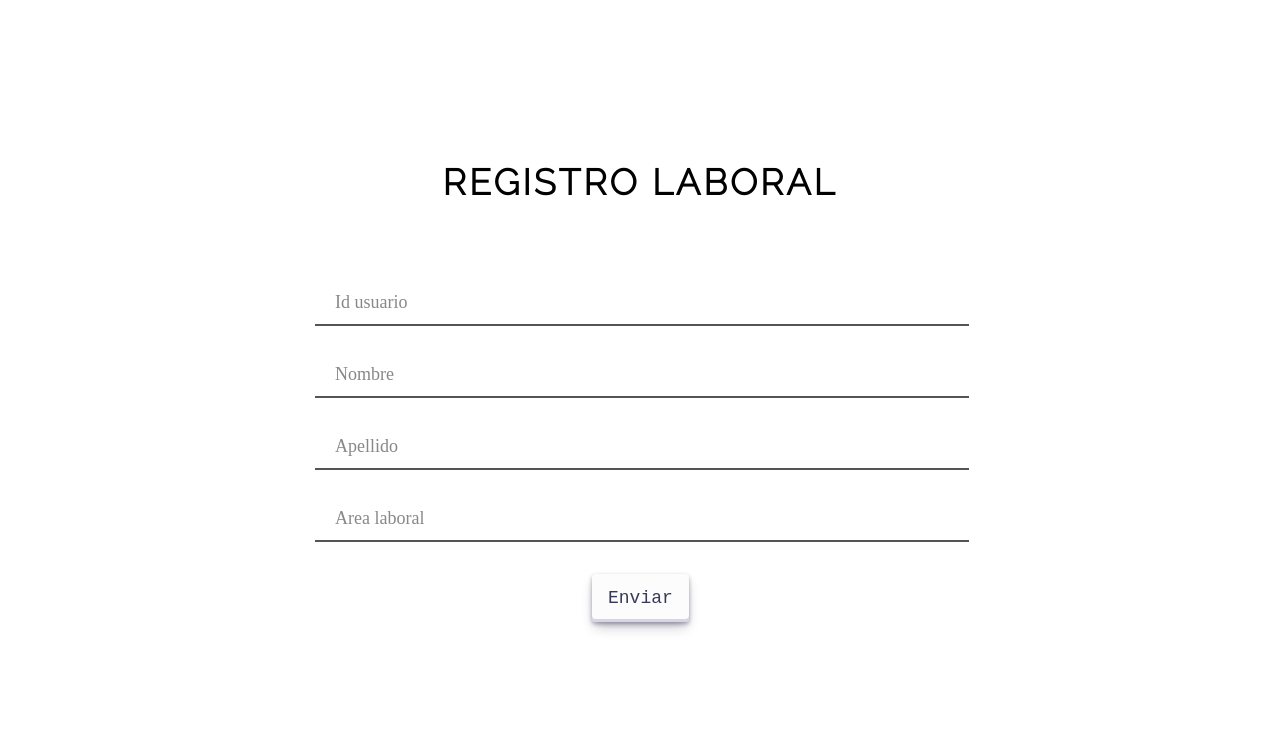
Repository: Alejandr0Aceved0/AWS_SERVICES_AND_INSTANCES
Page: register.html
These files come from the project's save history. The page is drawn as it stood at one moment and after the next save; the edit follows.
The browser window is 1280 px wide. The pictures show the whole page.
Some web fonts or font styles are not loaded; a fallback is used.

Above is the page before, as saved 2024-10-17 16:34:59.

### register.html
<!DOCTYPE html>
<html>

<head>
    <meta charset='utf-8'>
    <meta http-equiv='X-UA-Compatible' content='IE=edge'>
    <title>Register Page</title>
    <meta name='viewport' content='width=device-width, initial-scale=1'>
    <link rel='stylesheet' type='text/css' media='screen' href='styles/appRegister.css'>
    <script src='appRegister.js'></script>
</head>

<body>

    <section class="get-in-touch">
        <h1 class="title">Registro Laboral</h1>
        <form class="contact-form ">
           <div class="form-field col x-50">
              <input id="name" class="input-text js-input" type="text" required>
              <label class="label" for="name">Id usuario</label>
           </div>
           <div class="form-field col x-50">
              <input id="email" class="input-text js-input" type="email" required>
              <label class="label" for="email">Nombre</label>
           </div>
           <div class="form-field col x-100">
              <input id="message" class="input-text js-input" type="text" required>
              <label class="label" for="message">Apellido</label>
           </div>

           <div class="form-field col x-100">
            <input id="message" class="input-text js-input" type="text" required>
            <label class="label" for="message">Area laboral</label>
           </div>

           <div class="form-field col x-100 align-center">
            <button class="button-30" type="submit" role="button">Enviar</button>
           </div>
        </form>
     </section>



    <!-- <div class="form-field col x-50">
        <input id="name" class="input-text js-input" type="text" required>
        <label class="label" for="name">Name</label>
     </div>

    <p>
    <h1>Registro de usuario</h1>

    <input type="text" placeholder="Id usuario" class="form-input-text__FormInput-sc-xxedi2-0 form-input-text___StyledFormInput-sc-xxedi2-1 dzARff ldZduL">
    <br>

    <input type="text" placeholder="Nombre" class="form-input-text__FormInput-sc-xxedi2-0 form-input-text___StyledFormInput-sc-xxedi2-1 dzARff ldZduL">
    <br>

    <input type="text" placeholder="Apellido" class="form-input-text__FormInput-sc-xxedi2-0 form-input-text___StyledFormInput-sc-xxedi2-1 dzARff ldZduL">
    <br>

    <input type="text" placeholder="Area laboral" class="form-input-text__FormInput-sc-xxedi2-0 form-input-text___StyledFormInput-sc-xxedi2-1 dzARff ldZduL">
    <br>
    <br>

    <input type="text" placeholder="Click Me!" class="form-input-text__FormInput-sc-xxedi2-0 form-input-text___StyledFormInput-sc-xxedi2-1 dzARff ldZduL">
    <br>

    <button class="button-30" role="button">Registrar</button> -->
</body>

</html>

### styles/appRegister.css
@import url(https://fonts.googleapis.com/css?family=Raleway:300);
@import url(https://fonts.googleapis.com/css?family=Lusitana:400,700);

@mixin clearfix {
    &:after {
        content: "";
        display: table;
        clear: both;
    }
}

.align-center {
    text-align: center;
}


html {
    height: 100%;
}

body {
    height: 100%;
    position: relative;
}

.row {
    @include clearfix;
    margin: -20px 0;

    .col {
        padding: 0 20px;
        float: left;
        box-sizing: border-box;

        &.x-50 {
            width: 50%;
        }

        &.x-100 {
            width: 100%;
        }
    }
}

.content-wrapper {
    min-height: 100%;
    position: relative;
}

.get-in-touch {
    max-width: 650px;
    margin: 0 auto;
    position: relative;
    top: 50%;
    transform: translateY(-50%);

    .title {
        text-align: center;
        font-family: Raleway, sans-serif;
        text-transform: uppercase;
        letter-spacing: 3px;
        font-size: 36px;
        line-height: 48px;
        padding-bottom: 48px;
    }
}

.contact-form {
    .form-field {
        position: relative;
        margin: 32px 0;
    }

    .input-text {
        display: block;
        width: 100%;
        height: 36px;
        border-width: 0 0 2px 0;
        border-color: #000;
        font-family: Lusitana, serif;
        font-size: 18px;
        line-height: 26px;
        font-weight: 400;

        &:focus {
            outline: none;
        }

        &:focus,
        &.not-empty {
            +.label {
                transform: translateY(-24px);
            }
        }
    }

    .label {
        position: absolute;
        left: 20px;
        bottom: 11px;
        font-family: Lusitana, serif;
        font-size: 18px;
        line-height: 26px;
        font-weight: 400;
        color: #888;
        cursor: text;
        transition: transform .2s ease-in-out;
    }

    .submit-btn {
        display: inline-block;
        background-color: #000;
        color: #fff;
        font-family: Raleway, sans-serif;
        text-transform: uppercase;
        letter-spacing: 2px;
        font-size: 16px;
        line-height: 24px;
        padding: 8px 16px;
        border: none;
        cursor: pointer;
    }
}

.note {
    position: absolute;
    left: 0;
    bottom: 10px;
    width: 100%;
    text-align: center;
    font-family: Lusitana, serif;
    font-size: 16px;
    line-height: 21px;

    .link {
        color: #888;
        text-decoration: none;

        &:hover {
            text-decoration: underline;
        }
    }
}


.button-30 {
    align-items: center;
    appearance: none;
    background-color: #FCFCFD;
    border-radius: 4px;
    border-width: 0;
    box-shadow: rgba(45, 35, 66, 0.4) 0 2px 4px, rgba(45, 35, 66, 0.3) 0 7px 13px -3px, #D6D6E7 0 -3px 0 inset;
    box-sizing: border-box;
    color: #36395A;
    cursor: pointer;
    display: inline-flex;
    font-family: "JetBrains Mono", monospace;
    height: 48px;
    justify-content: center;
    line-height: 1;
    list-style: none;
    overflow: hidden;
    padding-left: 16px;
    padding-right: 16px;
    position: relative;
    text-align: left;
    text-decoration: none;
    transition: box-shadow .15s, transform .15s;
    user-select: none;
    -webkit-user-select: none;
    touch-action: manipulation;
    white-space: nowrap;
    will-change: box-shadow, transform;
    font-size: 18px;
}

.button-30:focus {
    box-shadow: #D6D6E7 0 0 0 1.5px inset, rgba(45, 35, 66, 0.4) 0 2px 4px, rgba(45, 35, 66, 0.3) 0 7px 13px -3px, #D6D6E7 0 -3px 0 inset;
}

.button-30:hover {
    box-shadow: rgba(45, 35, 66, 0.4) 0 4px 8px, rgba(45, 35, 66, 0.3) 0 7px 13px -3px, #D6D6E7 0 -3px 0 inset;
    transform: translateY(-2px);
}

.button-30:active {
    box-shadow: #D6D6E7 0 3px 7px inset;
    transform: translateY(2px);
}

Loaded but not shown: appRegister.js (no copy from this time; the picture is the same without it)

After the next save:
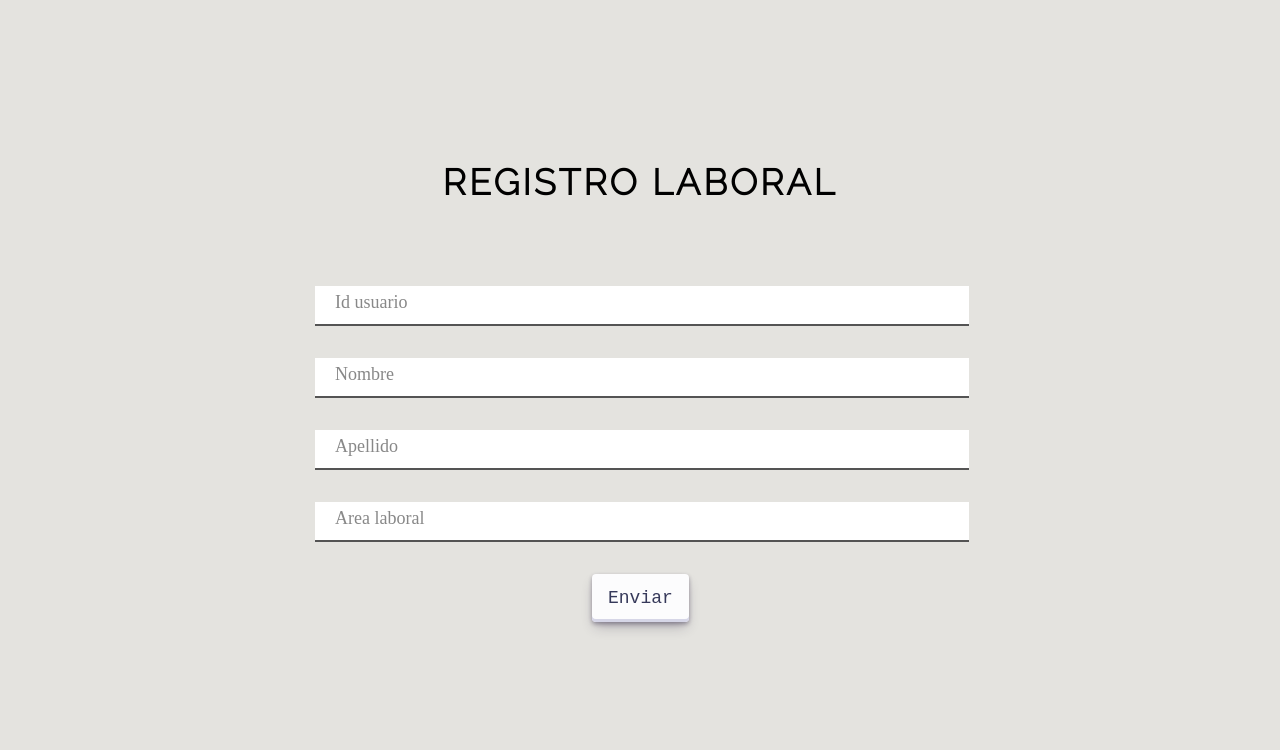
Saved 2 min 40 s later.
--- a/styles/appRegister.css
+++ b/styles/appRegister.css
@@ -21,6 +21,7 @@
 body {
     height: 100%;
     position: relative;
+    background-color: #e4e3df
 }
 
 .row {

After the 2 saves that followed:
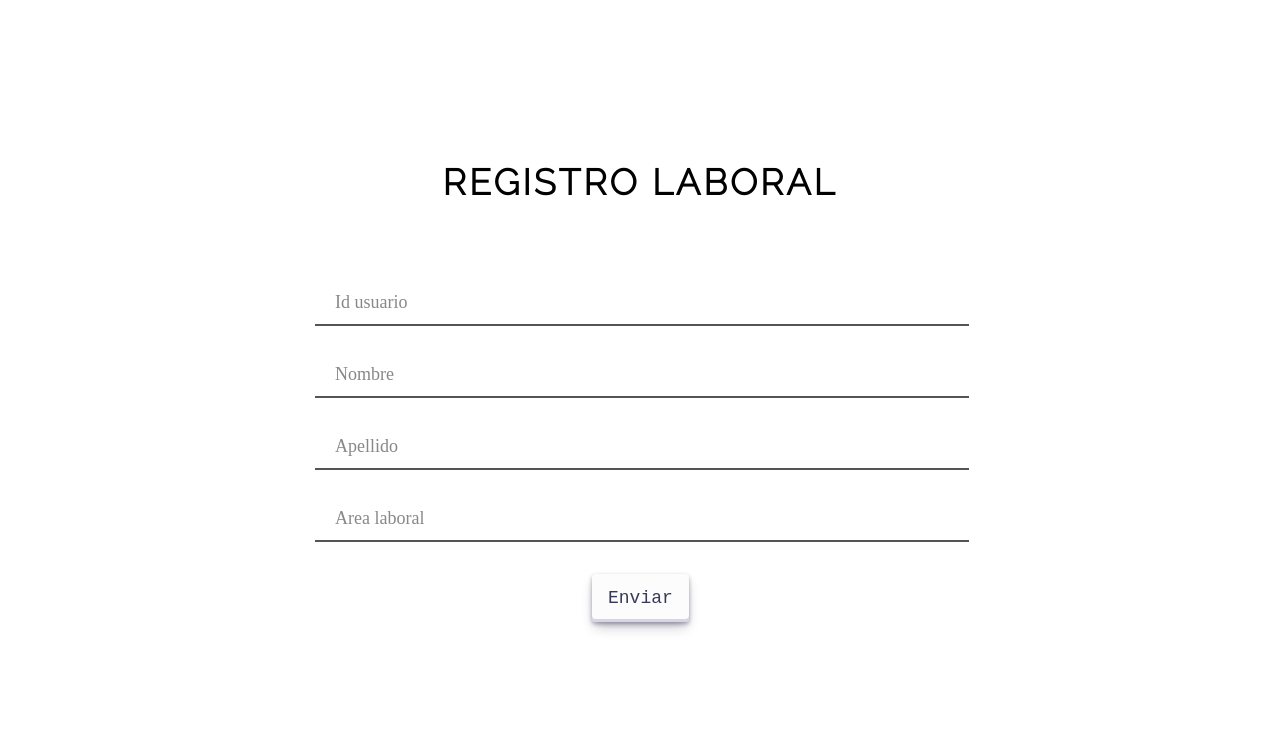
The 2 saves are shown as one change because 1 left the picture as it was.
The last was saved 66 s later.
--- a/styles/appRegister.css
+++ b/styles/appRegister.css
@@ -21,7 +21,7 @@
 body {
     height: 100%;
     position: relative;
-    background-color: #e4e3df
+    background-color: #
 }
 
 .row {
